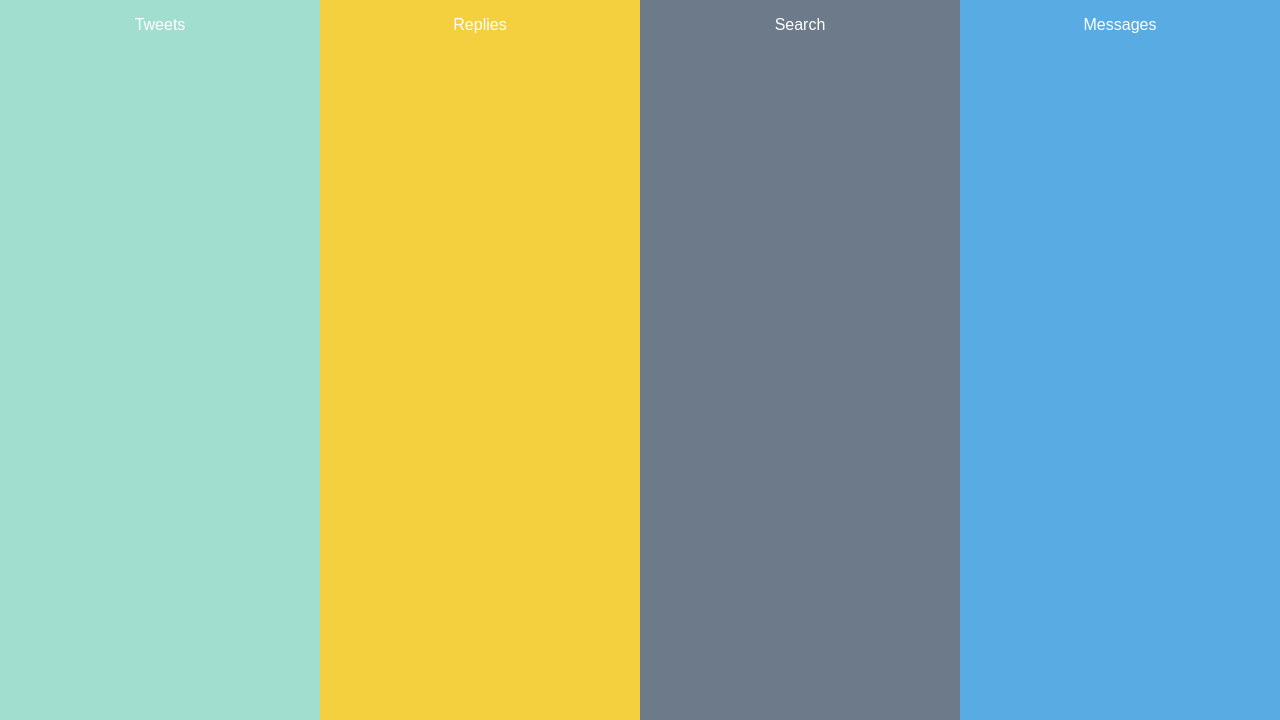
Repository: chaiyilin/css
Page: src/grid/05-slack-example/index.html
An editor plug-in stored every save of this project. The page is shown before and after the next save, followed by the edit.
The browser window is 1280 px wide. The pictures show the whole page.

Above is the page before, as saved 2018-03-15 21:45:40.

After the next save:
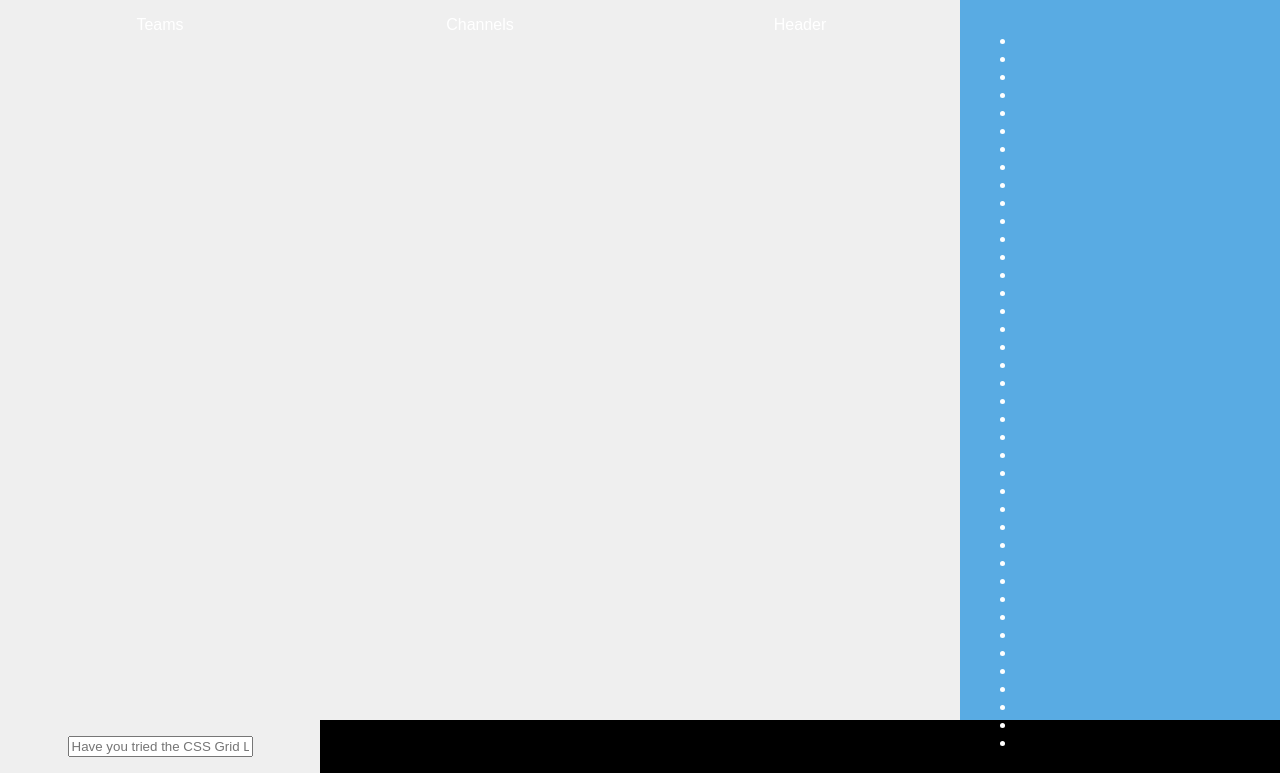
Saved 51 s later.
--- a/src/grid/05-slack-example/index.html
+++ b/src/grid/05-slack-example/index.html
@@ -9,10 +9,56 @@
 
 <body>
     <div class="app-layout">
-        <div class="tweets box">Tweets</div>
-        <div class="replies box">Replies</div>
-        <div class="search box">Search</div>
-        <div class="messages box">Messages</div>
+        <div class="teams box">Teams</div>
+        <div class="channels box">Channels</div>
+        <div class="header box">Header</div>
+        <div class="messages box">
+            <ul class="message-list">
+                <li></li>
+                <li></li>
+                <li></li>
+                <li></li>
+                <li></li>
+                <li></li>
+                <li></li>
+                <li></li>
+                <li></li>
+                <li></li>
+                <li></li>
+                <li></li>
+                <li></li>
+                <li></li>
+                <li></li>
+                <li></li>
+                <li></li>
+                <li></li>
+                <li></li>
+                <li></li>
+                <li></li>
+                <li></li>
+                <li></li>
+                <li></li>
+                <li></li>
+                <li></li>
+                <li></li>
+                <li></li>
+                <li></li>
+                <li></li>
+                <li></li>
+                <li></li>
+                <li></li>
+                <li></li>
+                <li></li>
+                <li></li>
+                <li></li>
+                <li></li>
+                <li></li>
+                <li></li>
+            </ul>
+        </div>
+        <div class="input box">
+            <input type="text" placeholder="Have you tried the CSS Grid Layout Module?">
+        </div>
     </div>
 </body>
 
